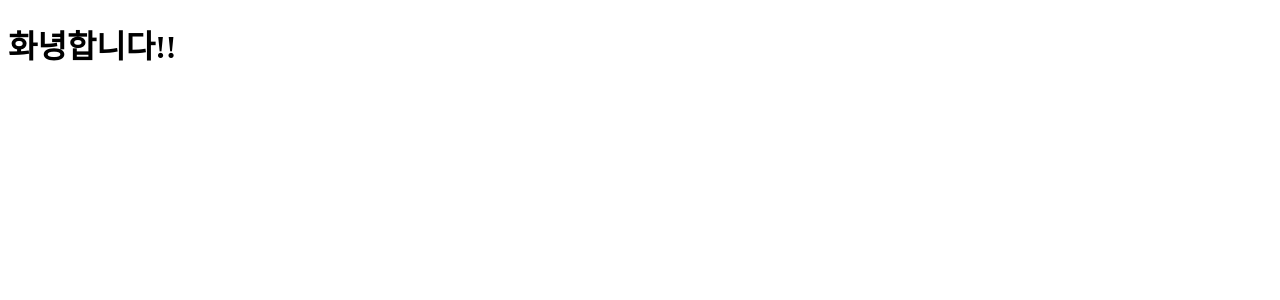
Repository: ssoo0011/school
Page: http://localhost/SBoard/MVCBoard/Default.jsp
These files come from the project's save history. The page is drawn as it stood at one moment and after the next save; the edit follows.
The browser window is 1280 px wide. The pictures show the whole page.
The page is served by Tomcat 9. Nobody is signed in. The application's start-up code is not run.

Above is the page before, as saved 2023-03-28 05:59:29.

After the next save:
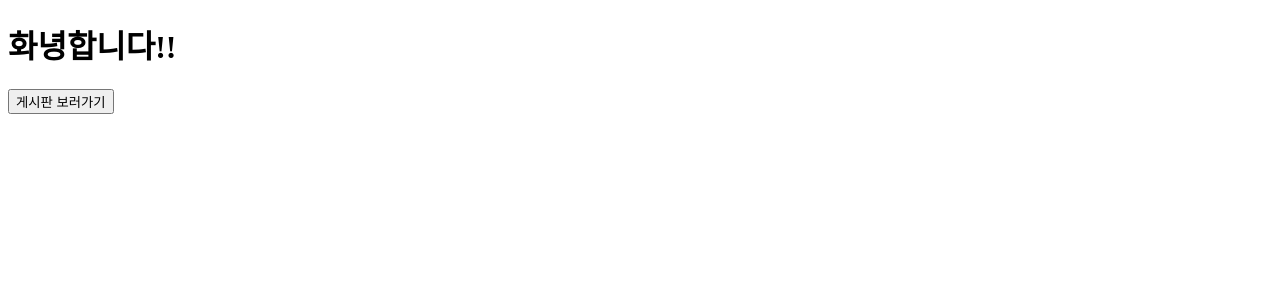
Saved 29 s later.
--- a/자바백업/SBoard/WebContent/MVCBoard/Default.jsp
+++ b/자바백업/SBoard/WebContent/MVCBoard/Default.jsp
@@ -8,7 +8,8 @@
 </head>
 <body>
 	<h1>화녕합니다!!</h1>
-	<form action="/MVCBoard/list.do" >
+	<form action="/MVCBoard/list.do" method="get" >
+		<input type = 'submit' value = '게시판 보러가기'>
 
 	</form>
 </body>
